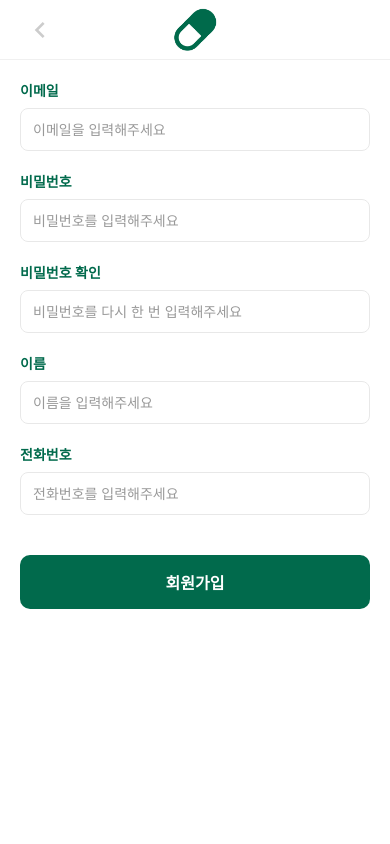
Repository: Sesac-icare/FrontEndiCare
Screen: /SignUp (app in iCare/)
These files come from the project's save history. The screen is drawn as it stood at one moment and after the next save; the edit follows.
The app was drawn by React Native's web renderer in a window 390 px wide. The project was rebuilt for these pictures with package versions that can differ from the ones it lists, and the page was loaded fresh each time. Some packages were replaced by stand-ins written for this rebuild. Also part of the build but not shown: iCare/components/Header.js, iCare/components/Contents.js, iCare/components/HospitalList.js, iCare/components/PharmacyList.js, iCare/components/MyPage.js.

Above is the screen before, as saved 2025-02-06 10:04:04.

After the next save:
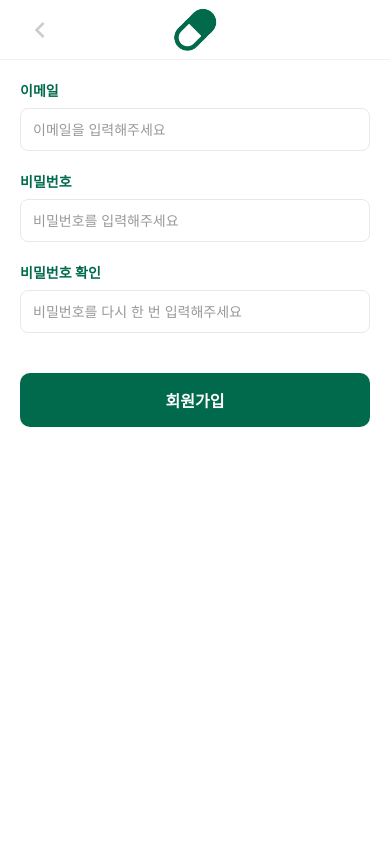
Saved 42 s later.
--- a/iCare/components/auth/SignUp.js
+++ b/iCare/components/auth/SignUp.js
@@ -59,25 +59,6 @@ export default function SignUp() {
               placeholder="비밀번호를 다시 한 번 입력해주세요"
               placeholderTextColor="#999"
               secureTextEntry
-            />
-          </View>
-
-          <View style={styles.inputSection}>
-            <Text style={styles.label}>이름</Text>
-            <TextInput
-              style={styles.input}
-              placeholder="이름을 입력해주세요"
-              placeholderTextColor="#999"
-            />
-          </View>
-
-          <View style={styles.inputSection}>
-            <Text style={styles.label}>전화번호</Text>
-            <TextInput
-              style={styles.input}
-              placeholder="전화번호를 입력해주세요"
-              placeholderTextColor="#999"
-              keyboardType="phone-pad"
             />
           </View>
 
